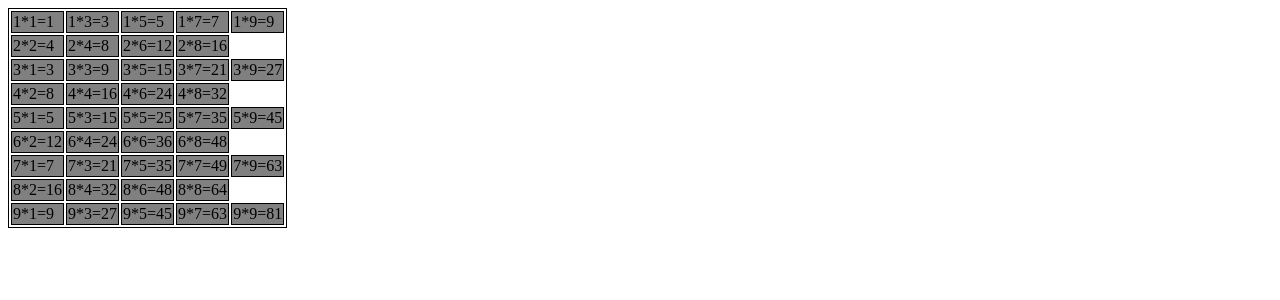
Repository: kawahito05-work/dc_work_nakano_kawahito_php
Page: http://localhost/htdocs/php08/practice_loop_intermediate.php
The author's editor kept a record of every edit. The page is drawn from the files as they stood at one moment, then again after the next edit.
The browser window is 1280 px wide. The pictures show the whole page.
The page is run by PHP 8.4 with error messages shown; the project is at /var/www/html/.

Above is the page before.

### htdocs/php08/practice_loop_intermediate.php
<!DOCTYPE html>
<html lang="ja">
<head>
    <meta charset="UTF-8">
    <link rel="stylesheet" href="practice_loop_intermediate.css">
</head>
<body>
    <table id="matrix">
        <?php
        for($i = 1; $i <= 9; $i++){
        ?>
        <tr>
            <?php
            for($j = 1; $j <= 9; $j++){
            ?>
                <?php
                if ( ($i + $j) % 2 === 0){
                ?>
                <td class='odd'><?php print $i.'*'.$j.'='.$i*$j; ?></td>
            <?php
                }
            }
            ?>
        </tr>
        <?php
        }
        ?>
    </table>
</body>
</html>

### htdocs/php08/practice_loop_intermediate.css
#matrix{
    border :1px solid ;
}

td {
    border :1px solid;
}

.odd {
    background: grey;
}

After the next edit:
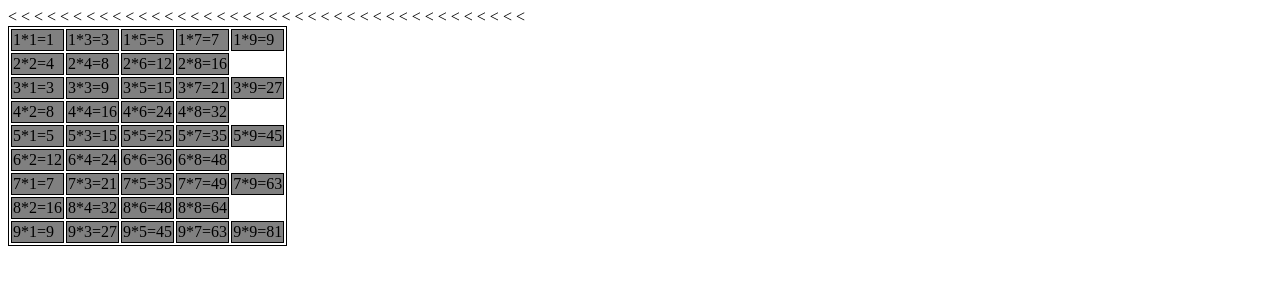
The edit:
--- a/htdocs/php08/practice_loop_intermediate.php
+++ b/htdocs/php08/practice_loop_intermediate.php
@@ -17,6 +17,10 @@
                 if ( ($i + $j) % 2 === 0){
                 ?>
                 <td class='odd'><?php print $i.'*'.$j.'='.$i*$j; ?></td>
+                <?php
+                    }else{
+                ?>
+                <
             <?php
                 }
             }
